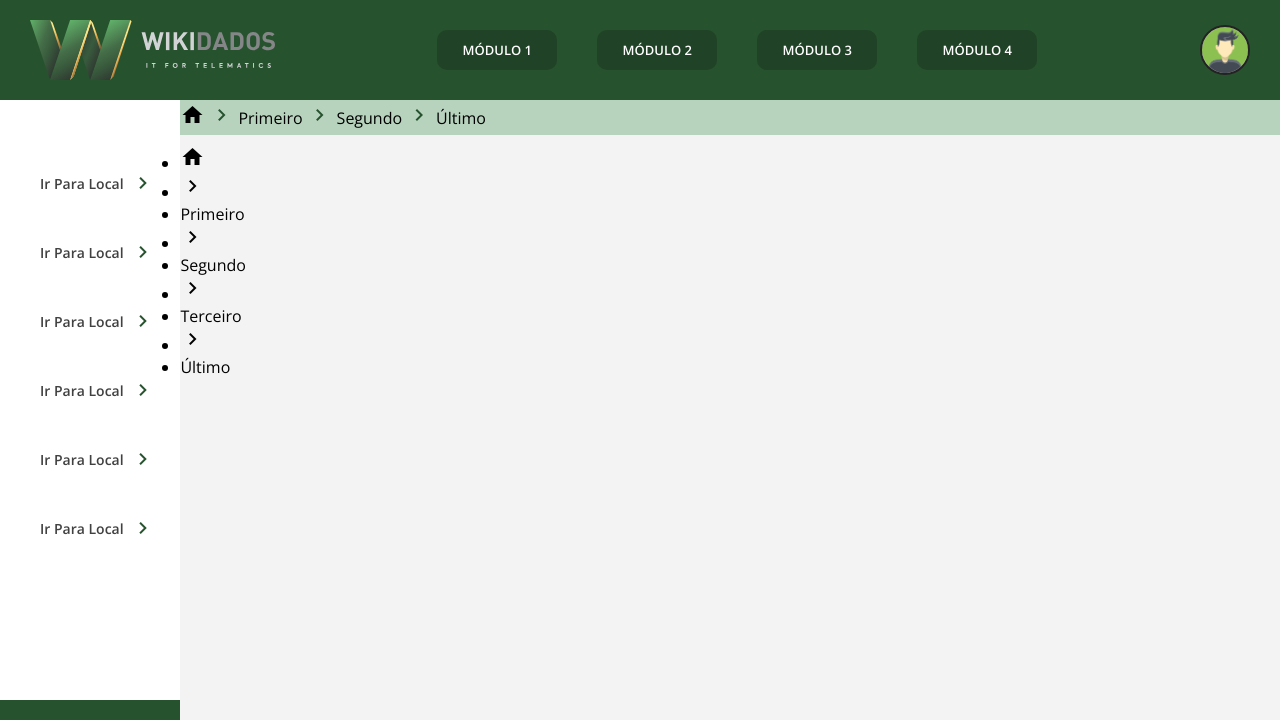
Repository: AlexDjon/alexdjon.github.io
Page: wiki-relayout/index.html
The author's editor kept a copy of each file at every save. The page is drawn from the files as they stood at one save, then again after the next save.
The browser window is 1280 px wide. The pictures show the whole page.

Above is the page before, as saved 2020-08-12 15:45:22.

### wiki-relayout/index.html
<!DOCTYPE html>
<html lang="pt-br">

<head>
  <meta charset="UTF-8">
  <meta name="viewport" content="width=device-width, initial-scale=1.0">
  <title>Wiki - Relayout</title>

  <link rel="shotcut icon" href="https://wikidados.com.br/assets/wiki/img/logos/favicon.ico">
  <link href="https://fonts.googleapis.com/icon?family=Material+Icons" rel="stylesheet">
  <link href="https://fonts.googleapis.com/css2?family=Open+Sans:wght@400;600;700&display=swap" rel="stylesheet">
  <link rel="stylesheet" href="css/styles.css">
</head>

<body>
  <header class="cabecalho">
    <img src="img/logo.svg" alt="Logo Wiki" class="logo">

    <div class="modulos">
      <button>Módulo 1</button>
      <button>Módulo 2</button>
      <button>Módulo 3</button>
      <button>Módulo 4</button>
    </div>

    <button class="user">
    </button>
  </header>

  <aside class="areas">
    <ul>
      <li><i class="material-icons">donut_large</i> Editar perfil</li>
      <li><i class="material-icons">grade</i> Favoritos</li>
      <li><i class="material-icons">history</i> Histórico</li>
      <li><i class="material-icons">power_settings_new</i> Sair</li>
    </ul>
  </aside>

  <main class="conteudo">
    <nav class="navbar">
      <ul class="menu">
        <li>Ir para local <i class="material-icons">chevron_right</i></li>
        <li>Ir para local <i class="material-icons">chevron_right</i></li>
        <li>Ir para local <i class="material-icons">chevron_right</i></li>
        <li>Ir para local <i class="material-icons">chevron_right</i></li>
        <li>Ir para local <i class="material-icons">chevron_right</i></li>
        <li>Ir para local <i class="material-icons">chevron_right</i></li>
      </ul>
    </nav>

    <div class="meio">
      <div class="barra">
        <div>
          <span><i class="material-icons">home</i></span>
        </div>
        <div id="separator">
          <span><i class="material-icons">chevron_right</i></span>
        </div>
        <div>
          <span>Primeiro</span>
        </div>
        <div id="separator">
          <span><i class="material-icons">chevron_right</i></span>
        </div>
        <div>
          <span>Segundo</span>
        </div>
        <div id="separator">
          <span><i class="material-icons">chevron_right</i></span>
        </div>
        <div>
          <span>Último</span>
        </div>
      </div>

      <ul class="caminho">
        <li>
          <i class="material-icons">home</i>
        </li>
        <li>
          <i class="material-icons">chevron_right</i>
        </li>
        <li>
          Primeiro
        </li>
        <li>
          <i class="material-icons">chevron_right</i>
        </li>
        <li>
          Segundo
        </li>
        <li>
          <i class="material-icons">chevron_right</i>
        </li>
        <li>
          Terceiro
        </li>
        <li>
          <i class="material-icons">chevron_right</i>
        </li>
        <li>
          Último
        </li>
      </ul>
    </div>

  </main>

  <script src="js/scripts.js"></script>
</body>

</html>

### wiki-relayout/css/styles.css
* {
  padding: 0;
  margin: 0;
  font-weight: 100%;
  font-family: 'Open Sans', sans-serif;
  border: 0;
  outline: 0;
  box-sizing: border-box;
}

body {
  background: #f3f3f3;
}

:root {
  --verdeW: #26522e;
  --verdeW2: #204226;
  --verdeW-semi: #b7d3bd;
  --verde: #32a852;
  --black: #232323;
  --black2: #414141;
  --white: #ffffff;
  --grey: #3b3b3b;
  --shadow: -4px 4px 8px 0px rgba(10, 10, 10, 0.27);
}

/* CABECALHO */
.cabecalho {
  width: 100%;
  height: 100px;
  background: var(--verdeW);
  padding: 10px 30px;
  display: flex;
  justify-content: space-between;
  align-items: center;
}

.cabecalho .logo {
  height: 60px;
}

.cabecalho .modulos {
  display: flex;
}
.cabecalho .modulos button {
  margin: 0 20px;
  width: 120px;
  height: 40px;
  border-radius: 10px;
  background-color: var(--verdeW2);
  color: var(--white);
  font-size: 13px;
  text-transform: uppercase;
  font-weight: 600;
  cursor: pointer;
  transition: filter 0.3s;
}
.cabecalho .modulos button:hover {
  filter: brightness(90%);
}
.cabecalho .user {
  height: 50px;
  width: 50px;
  border-radius: 50%;
  border: solid 2px var(--black);

  background-image: url(../img/avatar1.png);
  background-size: cover;
  background-position: center center;

  cursor: pointer;
}

/* AREAS */
.areas {
  display: none;
  min-width: 150px;
  position: absolute;
  top: 100px;
  right: 0;
  background-color: var(--white);
  box-shadow: var(--shadow);
}
.areas.ativo {
  display: block;
}
.areas ul {
  list-style: none;
  padding: 15px 20px;
}
.areas ul li {
  margin: 12px 0;
  font-size: 14px;
  color: var(--black2);

  display: flex;
  justify-content: flex-start;
  align-items: center;
  transition: color 0.3s;
  cursor: pointer;
}
.areas ul li:hover {
  color: var(--black);
}
.areas ul li i {
  margin-right: 8px;
  font-size: 17px;
  color: var(--verdeW);
}


/* NAVBAR */
.navbar {
  width: 210px;
  height: calc(100vh - 100px);
  background: var(--white);
  border-bottom: solid 20px var(--verdeW);
}
.navbar .menu {
  padding: 50px 0 50px 30px;
  display: flex;
  flex-direction: column;
  justify-content: flex-start;
  align-items: flex-start;
  list-style: none;
}
.navbar .menu li {
  margin: 14px 0;
  text-transform: capitalize;
  font-weight: 600;
  color: var(--black2);
  font-size: 14px;
  padding: 7px 3px 10px 10px;
  /* border-bottom: solid 1px var(--white);
  border-radius: 0 0 5px 0; */

  display: flex;
  justify-content: space-between;
  align-items: center;

  cursor: pointer;
}
.navbar .menu li i {
  margin-left: 7px;
  color: var(--black2);
}
.navbar .menu li i {
  color: var(--verdeW);
}


/* CONTEUDO */
.conteudo {
  width: 100%;
  height: calc(100vh - 100px);

  display: flex;
}

.meio {
  width: 100%;
  display: flex;
  flex-direction: column;
}

.meio .barra {
  width: 100%;
  margin-bottom: 10px;
  height: 35px;
  background-color: var(--verdeW-semi);

  display: flex;
  align-items: center;
}
.meio .barra div#separator span i {
  margin: 0 5px;
  color: var(--verdeW);
}
.meio .barra .caminho {
  display: flex;
  list-style: none;
}

### wiki-relayout/js/scripts.js
function getItem(info) {
  return document.querySelector(info)
}

getItem('.user').addEventListener('click', () => {
  getItem('.areas').classList.toggle('ativo')
})

After the next save:
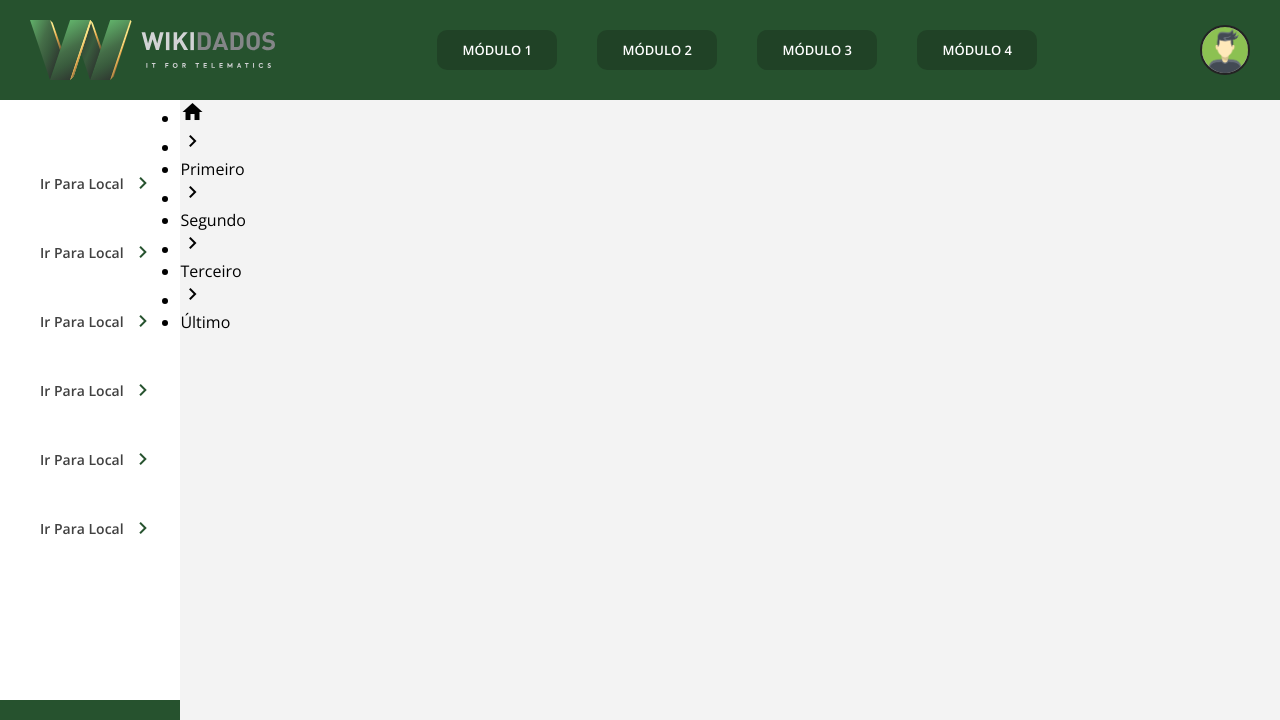
Saved 10 s later.
--- a/wiki-relayout/index.html
+++ b/wiki-relayout/index.html
@@ -49,7 +49,7 @@
     </nav>
 
     <div class="meio">
-      <div class="barra">
+      <!-- <div class="barra">
         <div>
           <span><i class="material-icons">home</i></span>
         </div>
@@ -71,7 +71,7 @@
         <div>
           <span>Último</span>
         </div>
-      </div>
+      </div> -->
 
       <ul class="caminho">
         <li>
